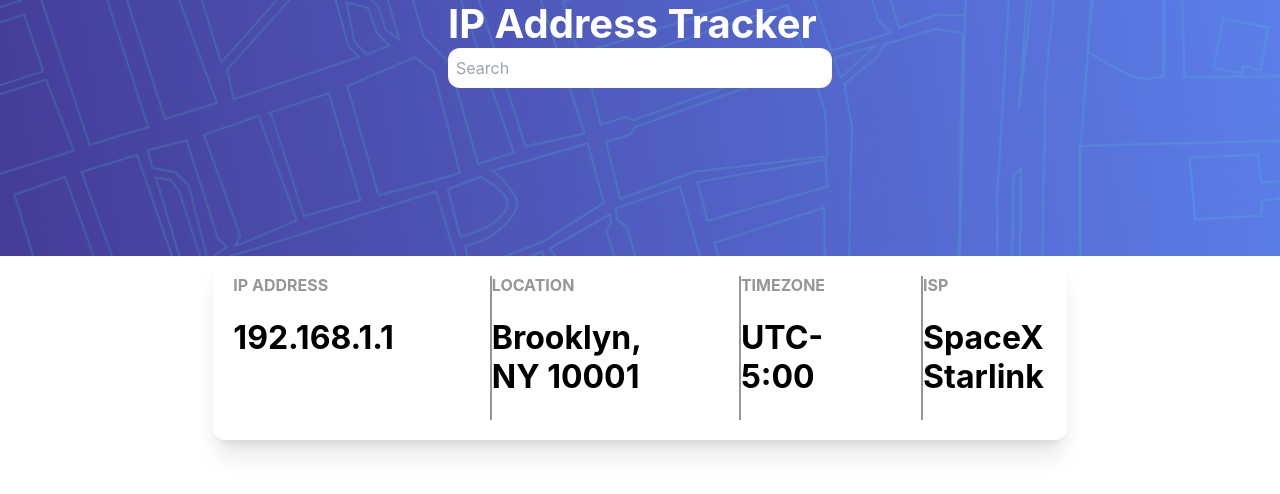
Repository: Dealsy/IP-Tracker
Page: /
The author's editor kept a copy of each file at every save. The page is drawn from the files as they stood at one save, then again after the next save.
The browser window is 1280 px wide. The pictures show the whole page.
The project was rebuilt for these pictures with package versions that can differ from the ones it lists, and the page was loaded fresh each time. The framework's server and built-in components were replaced by stand-ins that run in the browser. Also part of the build but not shown: next.config.js.

Above is the page before, as saved 2022-04-21 21:57:28.

### pages/index.js
import Head from "next/head";

export default function Home() {
  return (
    <div>
      <Head>
        <title>Create Next App</title>
        <meta name="description" content="Generated by create next app" />
        <link rel="icon" href="/favicon.ico" />
      </Head>

      <main>
        <div className="bg-Backdrop h-64 bg-no-repeat	 bg-cover">
          <h1 className="text-white w-96 m-auto">IP Address Tracker</h1>
          <div className="w-96 m-auto">
            <input
              className="p-2 w-96 rounded-xl"
              type="search"
              placeholder="Search"
            />
          </div>
        </div>

        <div className="flex flex-row justify-evenly border-0 shadow-xl w-4/6 m-auto rounded-xl p-5">
          <div className=" border-r-2 border-Gray pr-24">
            <h3>IP ADDRESS</h3>
            <h2> 192.168.1.1 </h2>
          </div>
          <div className=" border-r-2 border-Gray pr-24">
            <h3> LOCATION </h3>
            <h2> Brooklyn, NY 10001 </h2>
          </div>
          <div className=" border-r-2 border-Gray pr-24">
            <h3>TIMEZONE</h3>
            <h2> UTC-5:00 </h2>
          </div>
          <div>
            <h3>ISP</h3>
            <h2>SpaceX Starlink</h2>
          </div>
        </div>
      </main>

      <footer></footer>
    </div>
  );
}

### styles/globals.css
@tailwind base;
@tailwind components;
@tailwind utilities;


h1 {
  font-size: 2.5rem;
  font-weight: 700;
  line-height: 1.2;
  margin-bottom: 1.5rem;
}

h2 {
  font-size: 2rem;
  font-weight: 700;
  line-height: 1.2;
  margin-bottom: 1.5rem;
}

h3 {
  font-size: 1rem;
  font-weight: 700;
  line-height: 1.2;
  margin-bottom: 1.5rem;
  color: #969696;
}


html,
body {
  padding: 0;
  margin: 0;
  font-family: -apple-system, BlinkMacSystemFont, Segoe UI, Roboto, Oxygen,
    Ubuntu, Cantarell, Fira Sans, Droid Sans, Helvetica Neue, sans-serif;
}

a {
  color: inherit;
  text-decoration: none;
}

* {
  box-sizing: border-box;
}

### tailwind.config.js
module.exports = {
  content: [
    "./pages/**/*.{js,ts,jsx,tsx}",
    "./components/**/*.{js,ts,jsx,tsx}",
  ],
  theme: {
    extend: {
      colors: {
        "Dark-Gray": "#2b2b2b",
        Gray: "#969696",
      },
      backgroundImage: {
        Backdrop: "url('../images/pattern-bg.png')",
      },
    },
  },
  plugins: [],
};

Loaded but not shown: pages/_app.js (common file)

After the next save:
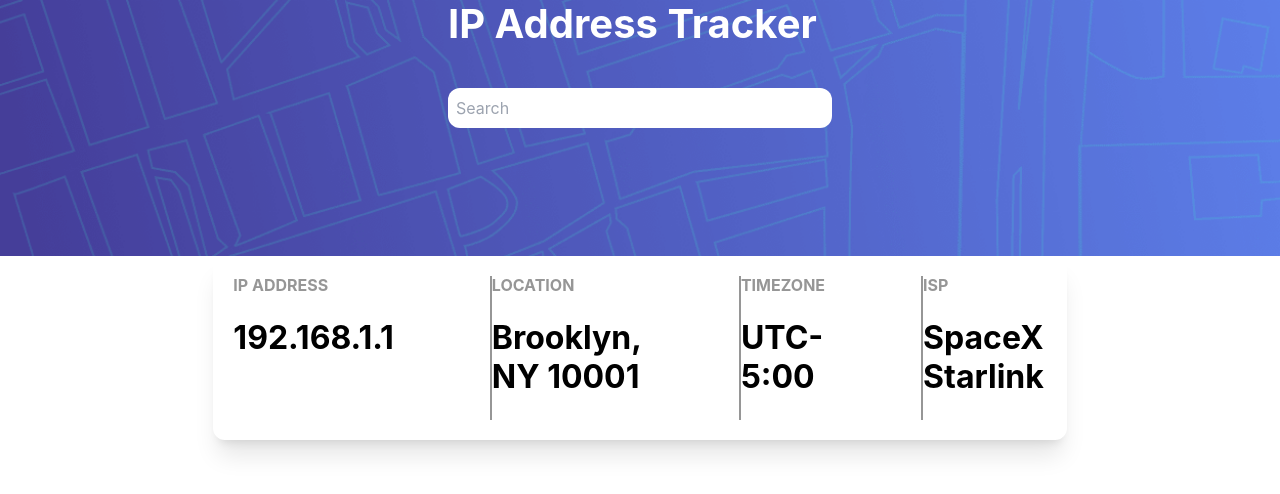
Saved 6 s later.
--- a/pages/index.js
+++ b/pages/index.js
@@ -14,7 +14,7 @@ export default function Home() {
           <h1 className="text-white w-96 m-auto">IP Address Tracker</h1>
           <div className="w-96 m-auto">
             <input
-              className="p-2 w-96 rounded-xl"
+              className="p-2 w-96 mt-10 rounded-xl"
               type="search"
               placeholder="Search"
             />
